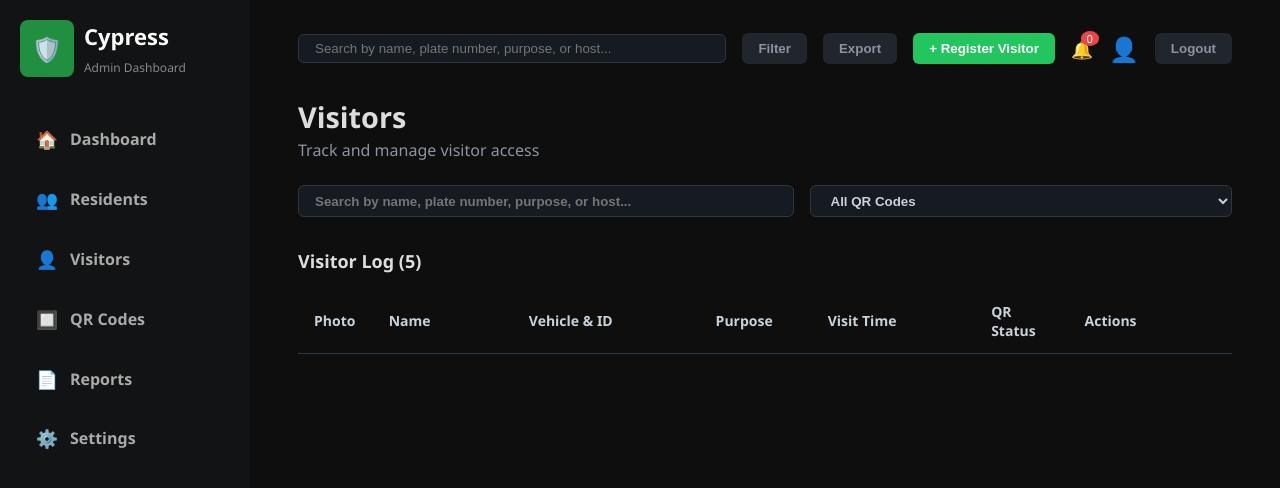
Repository: camuramon/my-project
Page: templates/admin/visitors.html
These files come from the project's save history. The page is drawn as it stood at one moment and after the next save; the edit follows.
The browser window is 1280 px wide. The pictures show the whole page.
The template is drawn by Flask 3. The application's start-up code is not run. Other server files are loaded and not shown. The template is opened directly, without the code that normally fills it, so the values that code supplies are empty.

Above is the page before, as saved 2025-09-19 02:13:08.

### templates/admin/visitors.html
<!DOCTYPE html>
<html lang="en">
<head>
    <meta charset="UTF-8" />
    <meta name="viewport" content="width=device-width, initial-scale=1" />
    <title>Cypress Admin Dashboard - Visitors</title>
    <!-- Connect visitor.css -->
<link rel="stylesheet" href="{{ url_for('static', filename='css/admin.css') }}">
<link rel="stylesheet" href="{{ url_for('static', filename='css/visitor.css') }}">
</head>
<body>
     <div class="container">
    <aside class="sidebar">
    <div class="logo">
        <div class="icon">🛡️</div>
        <div class="title">
            <h2>Cypress</h2>
            <span>Admin Dashboard</span>
        </div>
    </div>
    <nav>
        <ul class="sidebar-menu">
            <li class="{% if request.path == url_for('admin_dashboard') %}active{% endif %}">
                <a href="{{ url_for('admin_dashboard') }}"><span class="icon">🏠</span> Dashboard</a>
            </li>
            <li class="{% if request.path == url_for('admin_residents') %}active{% endif %}">
                <a href="{{ url_for('admin_residents') }}"><span class="icon">👥</span> Residents</a>
            </li>
            <li class="{% if request.path == url_for('admin_visitors') %}active{% endif %}">
                <a href="{{ url_for('admin_visitors') }}"><span class="icon">👤</span> Visitors</a>
            </li>
          <li class="{% if request.path == url_for('admin_qr') %}active{% endif %}">
  <a href="{{ url_for('admin_qr') }}"><span class="icon">🔲</span> QR Codes</a>
</li>

            <li class="{% if request.path == url_for('admin_reports') %}active{% endif %}">
                <a href="{{ url_for('admin_reports') }}"><span class="icon">📄</span> Reports</a>
            </li>
            <li class="{% if request.path == url_for('admin_settings') %}active{% endif %}">
                <a href="{{ url_for('admin_settings') }}"><span class="icon">⚙️</span> Settings</a>
            </li>
        </ul>
    </nav>
</aside>


    <main class="main-content">
        <header class="topbar">
          <input type="search" placeholder="Search by name, plate number, purpose, or host..." />
            <div class="topbar-actions">
                <button class="btn filter">Filter</button>
                <button class="btn export">Export</button>
                <button class="btn register-visitor">+ Register Visitor</button>
                <div class="notification">
                    <span class="icon">🔔</span>
                    <span class="badge">0</span>
                </div>
                <div class="profile-icon">👤</div>
                <button id="logout-button" class="btn btn-gray text-white font-semibold py-2 px-4 rounded-full">
                Logout
            </button>
            </div>
        </header>

<script>
       document.getElementById('logout-button').addEventListener('click', function() {
    window.location.href = "/logout";   // ✅ tatawag sa Flask logout route
});
</script>
        <section class="page-info">
            <h2>Visitors</h2>
            <p>Track and manage visitor access</p>

            <div class="search-filter">
                <input type="search" placeholder="Search by name, plate number, purpose, or host..." />
                <select>
                    <option>All QR Codes</option>
                </select>
            </div>

            <div class="visitor-log">
                <h3>Visitor Log (5)</h3>
                  <div id="recent-visitors"></div>
                <table>
                    <thead>
    <tr>

        <th>Photo</th>
        <th>Name</th>
        <th>Vehicle &amp; ID</th>
        <th>Purpose</th>
        <th>Visit Time</th>
        <th>QR Status</th>
        <th>Actions</th>
    </tr>
</thead>
<tbody>
    {% for visitor in visitors %}
    <tr>

        <td>
            <img src="{{ visitor.photo if visitor.photo else url_for('static', filename='image/default-visitor.png') }}"
                 alt="Visitor Photo"
                 style="width:50px; height:50px; border-radius:50%; object-fit:cover;">
        </td>
        <td><strong>{{ visitor.fullName }}</strong></td>
        <td>
            <strong>{{ visitor.vehicleType }} - {{ visitor.plateNumber }}</strong><br>
            {{ visitor.idType }}: {{ visitor.idNumber }}
        </td>
        <td>{{ visitor.host if visitor.host else "N/A" }}</td>
        <td><span class="clock-icon">⏲️</span> In:<br><strong>{{ visitor.visitTime }}</strong></td>
        <td>
            <span class="status {{ 'active-visit' if visitor.status == 'Active' else 'expired-visit' }}">
                {{ visitor.status }}
            </span>
        </td>
        <td>
            <span class="qr-status {{ 'valid' if visitor.qrCode else 'invalid' }}">
                {{ 'Valid' if visitor.qrCode else 'Invalid' }}
            </span>
        </td>
        <td class="actions">
            <span class="icon">👁️</span>
            <span class="icon">✏️</span>
            <span class="icon">🗑️</span>
        </td>
    </tr>
    {% endfor %}
</tbody>

                </table>
            </div>
        </section>
    </main>
<script src="{{ url_for('static', filename='js/visitors.js') }}"></script>

</body>
</html>

### static/css/admin.css
/* ===========================
   GENERAL RESET & BASE STYLES
=========================== */


* {
    box-sizing: border-box;
    margin: 0;
    padding: 0;
}

body {
    font-family: 'Segoe UI', Tahoma, Geneva, Verdana, sans-serif;
    background-color: #0e0e0f;
    color: #ddd;
    display: flex;
    min-height: 100vh;
}
html, body {
    height: 100%;
    width: 100%;
    margin: 0;
    padding: 0;
    overflow-x: hidden;
}

.container {
    display: flex;
    width: 100%;
    height: 100vh;
}


/* ===========================
   SIDEBAR
=========================== */
.sidebar {
    width: 250px;
    height: 100vh;
    background-color: #121314;
    padding: 20px;
    flex-shrink: 0;
}


.logo {
    display: flex;
    align-items: center;
    margin-bottom: 40px;
}

.logo .icon {
    background-color: #208f3f;
    padding: 12px;
    border-radius: 8px;
    font-size: 24px;
    color: white;
    margin-right: 10px;
}

.logo .title h2 {
    font-weight: 700;
    color: white;
    margin-bottom: 4px;
}

.logo .title span {
    font-size: 12px;
    color: #888;
}

.sidebar-menu {
    list-style: none;
    padding: 0;
}

.sidebar-menu li {
    margin: 15px 0;
}

.sidebar-menu li a {
    text-decoration: none;
    color: #bbb;
    font-weight: 600;
    display: flex;
    align-items: center;
    gap: 10px;
    font-size: 16px;
}

.sidebar-menu li a i {
    font-size: 18px;
}

.sidebar-menu li a {
    text-decoration: none;
    color: #bbb;
    font-weight: 600;
    display: flex;
    align-items: center;
    gap: 10px;
    font-size: 16px;
    padding: 10px 15px;
    border-radius: 8px;
    transition: background-color 0.3s ease, color 0.3s ease;
}

.sidebar-menu li.active a {
    background-color: #2a2a2e; /* darker bg for active item */
    color: white;
}

.sidebar-menu li.active a .icon {
    color: white;
}

.sidebar-menu li a:hover {
    background-color: #1d1d1f;
    color: white;
}


/* ===========================
   MAIN CONTENT
=========================== */
.main-content {
    flex-grow: 1;
    overflow-y: auto;
    padding: 25px;
    background-color: #0e0e0f;
}
/* ===========================
   HEADER / TOP BAR
=========================== */
.top-bar, .header {
    display: flex;
    justify-content: space-between;
    align-items: center;
    margin-bottom: 20px;
}

.search-bar input[type="search"] {
    width: 350px;
    padding: 10px 15px;
    border: none;
    border-radius: 10px;
    background-color: #232324;
    color: #ccc;
    font-size: 16px;
}

.top-icons, .header-icons {
    display: flex;
    gap: 15px;
}

.icon-btn, .notification-btn, .user-btn {
    background: none;
    border: none;
    color: #ccc;
    font-size: 20px;
    position: relative;
    cursor: pointer;
}

.notification-count {
    position: absolute;
    top: -8px;
    right: -8px;
    background-color: #e02e41;
    font-size: 10px;
    padding: 2px 6px;
    border-radius: 50%;
    color: white;
}

/* ===========================
   DASHBOARD HEADER & ACTIONS
=========================== */
.dashboard-header, .resident-section .sub-header {
    display: flex;
    justify-content: space-between;
    align-items: center;
    margin: 20px 0;
    flex-wrap: wrap;
}

.dashboard-header h1, .resident-section h2 {
    color: white;
}

.dashboard-header p, .resident-section .subtitle {
    color: #999;
    margin-left: 10px;
}

.actions, .buttons {
    display: flex;
    gap: 10px;
}

.filter-btn,
.export-btn,
.add-resident-btn {
    background-color: #222;
    border: none;
    color: white;
    padding: 10px 20px;
    border-radius: 8px;
    cursor: pointer;
    font-weight: 600;
}

.add-resident-btn {
    background-color: #208f3f;
}

.filter-btn:hover,
.export-btn:hover,
.add-resident-btn:hover {
    background-color: #333;
}

/* ===========================
   DASHBOARD CARDS
=========================== */
.stats-cards {
    display: flex;
    gap: 20px;
    flex-wrap: wrap;
    margin-bottom: 40px;
}

.card {
    background-color: #151517;
    border-radius: 12px;
    flex: 1 1 300px;
    padding: 20px;
    position: relative;
    color: #999;
}

.card p { margin-bottom: 8px; }

.card h2 { color: white; font-weight: 800; font-size: 28px; }

.card-icon {
    position: absolute;
    top: 20px;
    right: 20px;
    font-size: 24px;
    padding: 8px;
    border-radius: 100%;
    background-color: #333;
    color: white;
}

.card-icon.green { background-color: #208f3f; }
.card-icon.blue { background-color: #26418f; }
.card-icon.yellow { background-color: #a58f20; }
.card-icon.green-dark { background-color: #14502d; }
.card-icon.gray { background-color: #474751; }

.percentage {
    position: absolute;
    bottom: 20px;
    right: 20px;
    font-weight: 600;
    font-size: 14px;
}

.percentage.positive { color: #26ca4a; }
.percentage.neutral { color: #999; }

/* ===========================
   TABLES
=========================== */
.tables-section, .resident-directory {
    display: flex;
    gap: 20px;
    flex-wrap: wrap;
}

.table-container {
    background-color: #151517;
    padding: 20px;
    border-radius: 12px;
    flex: 1 1 500px;
    color: #bbb;
}

.table-container h3 {
    display: flex;
    justify-content: space-between;
    margin-bottom: 15px;
    color: white;
}

.view-all {
    color: #6668f8;
    font-weight: 600;
    text-decoration: none;
    font-size: 14px;
}

.view-all:hover { text-decoration: underline; }

table {
    width: 100%;
    border-collapse: collapse;
}

th, td {
    padding: 12px 10px;
    text-align: left;
    font-size: 14px;
}

thead tr { border-bottom: 1px solid #333; }
tbody tr:not(:last-child) { border-bottom: 1px solid #333; }
tbody tr:hover { background-color: #252527; }

/* ===========================
   STATUS BADGES
=========================== */
.status {
    padding: 5px 10px;
    border-radius: 20px;
    font-size: 12px;
    font-weight: 700;
    display: inline-block;
}

.status.active { background-color: #208f3f; color: white; }
.status.expired { background-color: #a5891e; color: white; }
.status.suspended { background-color: #7e1e1e; color: white; }
.status.inactive { background-color: #ff4d4f; color: white; }

.qr-status.valid { background-color: #208f3f; color: white; }
.qr-status.expired { background-color: #a5891e; color: white; }

/* ===========================
   BUTTONS, INPUTS, SELECT
=========================== */
button { cursor: pointer; border: none; border-radius: 6px; font-weight: 600; }

select, input[type="search"] {
    background-color: #232324;
    color: #ccc;
    border: 1px solid #333;
    padding: 8px 10px;
    border-radius: 6px;
}

/* ===========================
   HEADINGS & TEXT
=========================== */
h2 { font-size: 22px; margin-bottom: 5px; }
h3 { font-size: 18px; margin-bottom: 10px; }
.subtitle { color: #aaa; margin-bottom: 15px; }

strong { font-weight: 700; }
.charts {
  display: flex;
  justify-content: space-between; /* hati sila kaliwa-kanan */
  margin: 20px 0;
  gap: 20px;
}

/* Common Style for Charts */
.chart-container {
  flex: 1;                  /* pantay hati space */
  max-width: 48%;           /* para may konting space sa pagitan */
  background: #1e1e2f;
  padding: 20px;
  border-radius: 12px;
  box-shadow: 0 4px 8px rgba(0,0,0,0.25);
}

.chart-container h3 {
  margin-bottom: 15px;
  font-size: 16px;
  font-weight: 600;
  color: #fff;
}

/* Responsive canvas – hindi pilit */
.chart-container canvas {
  width: 100% !important;
  height: auto !important;   /* 🔑 auto height, hindi stretched */
  max-height: 300px;         /* 🔧 pwede mong baguhin para sa taas ng chart */
}
.status {
  padding: 4px 8px;
  border-radius: 6px;
  font-weight: 500;
  color: #fff;
}

.status.active {
  background-color: #16a34a; /* green */
}

.status.suspended {
  background-color: #ca8a04; /* yellow */
}

.status.expired {
  background-color: #7e4040; /* gray */
}

.status.blacklisted {
  background-color: #dc2626; /* red */
}

### static/css/visitor.css
/* Reset and base styles */
* {
    box-sizing: border-box;
    margin: 0;
    padding: 0;
}

body {
    font-family: 'Segoe UI', Tahoma, Geneva, Verdana, sans-serif;
    background-color: #0e0e0f;
    color: #ddd;
    display: flex;
    min-height: 100vh;
}

html, body {
    height: 100%;
    width: 100%;
    margin: 0;
    padding: 0;
    overflow-x: hidden;
}

.container {
    display: flex;
    width: 100%;
    height: 100vh;
}

/* Sidebar */
.sidebar-menu {
    list-style: none;
    padding: 0;
    margin: 0;
}

.sidebar-menu li {
    margin-bottom: 0.5rem;
}

.sidebar-menu li a {
    display: flex;
    align-items: center;
    gap: 0.75rem;
    text-decoration: none;
    padding: 0.65rem 1rem;
    border-radius: 8px;
    color: #aaa;
    font-weight: 600;
    transition: background 0.3s, color 0.3s;
}

.sidebar-menu li a i {
    font-size: 1.2rem;
}

.sidebar-menu li.active a,
.sidebar-menu li a:hover {
    background-color: #292929;
    color: white;
}


.logo h1 {
    color: #48bb78; /* Green */
    margin-bottom: 0.2rem;
}

.logo p {
    color: #8b949e;
    font-size: 0.8rem;
    margin-bottom: 2rem;
}

.navigation ul {
    list-style: none;
}

.navigation li {
    margin-bottom: 1.5rem;
}

.navigation a {
    color: #8b949e;
    text-decoration: none;
    font-weight: 600;
    font-size: 0.9rem;
    display: flex;
    align-items: center;
    gap: 8px;
}

.navigation li.active a,
.navigation a:hover {
    color: #48bb78;
}

.icon {
    font-size: 1.1rem;
}

/* Main content */
.main-content {
    flex-grow: 1;
    padding: 2rem 3rem;
    overflow-y: auto;
}

.topbar {
    display: flex;
    gap: 1rem;
    align-items: center;
    margin-bottom: 2rem;
}

.topbar input[type="search"] {
    flex-grow: 1;
    background: #161b22;
    border: 1px solid #30363d;
    border-radius: 6px;
    padding: 0.4rem 1rem;
    color: #c9d1d9;
}

.topbar-actions {
    display: flex;
    gap: 1rem;
    align-items: center;
}

.btn {
    background-color: #21262d;
    border: none;
    padding: 0.5rem 1rem;
    border-radius: 6px;
    color: #8b949e;
    cursor: pointer;
    font-weight: 600;
    transition: background-color 0.3s;
}

.btn:hover {
    background-color: #30363d;
}

.btn.register-visitor {
    background-color: #22c55e; /* Green */
    color: white;
}

.btn.register-visitor:hover {
    background-color: #16a34a;
}

.notification {
    position: relative;
    color: #8b949e;
    cursor: pointer;
}

.notification .badge {
    position: absolute;
    top: -6px;
    right: -6px;
    background-color: #ef4444;
    color: white;
    font-size: 0.7rem;
    border-radius: 50%;
    padding: 0 6px;
}

.profile-icon {
    font-size: 1.5rem;
    cursor: pointer;
}

/* Page info */
.page-info h2 {
    font-size: 1.8rem;
    font-weight: 700;
    margin-bottom: 0.2rem;
}

.page-info p {
    color: #8b949e;
    margin-bottom: 1.5rem;
}

/* Search filter */
.search-filter {
    display: flex;
    gap: 1rem;
    margin-bottom: 2rem;
}

.search-filter input,
.search-filter select {
    flex-grow: 1;
    background: #161b22;
    border: 1px solid #30363d;
    border-radius: 6px;
    padding: 0.4rem 1rem;
    color: #c9d1d9;
    font-weight: 600;
    cursor: pointer;
}

/* Visitor Log */
.visitor-log h3 {
    margin-bottom: 1rem;
}

table {
    width: 100%;
    border-collapse: collapse;
    color: #c9d1d9;
}

thead th {
    text-align: left;
    padding: 0.8rem 1rem;
    font-weight: 700;
    border-bottom: 1px solid #30363d;
}

tbody td {
    padding: 1rem;
    border-bottom: 1px solid #21262d;
    vertical-align: top;
}

tbody td strong {
    color: white;
    display: block;
    margin-bottom: 0.3rem;
}

/* Status badges */
.status {
    display: inline-block;
    padding: 0.3rem 0.8rem;
    border-radius: 9999px;
    color: white;
    font-size: 0.75rem;
    font-weight: 600;
    text-align: center;
    white-space: nowrap;
}

.active-visit {
    background-color: #2c5282; /* blue */
}

.checked-out {
    background-color: #4a5568; /* gray */
}

.qr-status {
    display: inline-block;
    padding: 0.3rem 0.8rem;
    border-radius: 9999px;
    font-size: 0.75rem;
    font-weight: 600;
    color: white;
    text-align: center;
    white-space: nowrap;
}

.valid {
    background-color: #238636; /* green */
}

.expired {
    background-color: #b45309; /* yellow/orange */
}

/* Actions icons */
.actions .icon {
    cursor: pointer;
    margin-right: 10px;
    font-size: 1.1rem;
    color: #8b949e;
}

.actions .icon:hover {
    color: #48bb78;
}

/* Smaller icons used inside the table */
.clock-icon {
    font-size: 1rem;
    padding-right: 5px;
}
.status.active-visit {
  color: green;
  font-weight: bold;
}

.status.expired {
  color: orange;
  font-weight: bold;
}
/* Fix table layout */
table {
  width: 100%;
  border-collapse: collapse;
  table-layout: fixed; /* para uniform columns */
}

/* Common style */
th, td {
  padding: 12px 10px;
  border-bottom: 1px solid rgba(255,255,255,0.1);
  vertical-align: middle;
  text-align: center;
}

/* Column-specific widths */
th:nth-child(1), td:nth-child(1) { width: 8%; }  /* Photo */
th:nth-child(2), td:nth-child(2) { width: 15%; text-align: left; } /* Name */
th:nth-child(3), td:nth-child(3) { width: 20%; text-align: left; } /* Vehicle & ID */
th:nth-child(4), td:nth-child(4) { width: 12%; text-align: left; } /* Purpose */
th:nth-child(6), td:nth-child(6) { width: 10%; text-align: left;} /* Visit Time */
th:nth-child(8), td:nth-child(8) { width: 15%; text-align: left; } /* QR Status */
th:nth-child(9), td:nth-child(9) { width: 10%; text-align: left;} /* Actions */

/* Photo fix */
td img {
  display: block;
  margin: 0 auto;
  width: 50px;
  height: 50px;
  border-radius: 50%;
  object-fit: cover;
}

### static/js/visitors.js
document.addEventListener('DOMContentLoaded', () => {
  const searchInput = document.querySelector('.page-info .search-filter input[type="search"]');
  const visitorTableBody = document.querySelector('.visitor-log tbody');
  const filterSelect = document.querySelector('.page-info .search-filter select');

  // 🔍 Filter visitor rows based on search and dropdown
  function filterVisitorLog() {
    const searchTerm = searchInput.value.toLowerCase();
    const filterValue = filterSelect.value.toLowerCase();
    const rows = visitorTableBody.querySelectorAll('tr');

    rows.forEach(row => {
      const visitorId = row.cells[0]?.textContent.toLowerCase() || '';
      const name = row.cells[1]?.textContent.toLowerCase() || '';
      const vehicleId = row.cells[2]?.textContent.toLowerCase() || '';
      const purpose = row.cells[3]?.textContent.toLowerCase() || '';
      const host = row.cells[4]?.textContent.toLowerCase() || '';
      const qrStatus = row.cells[7]?.textContent.toLowerCase() || '';

      const combinedText = `${visitorId} ${name} ${vehicleId} ${purpose} ${host} ${qrStatus}`;

      const matchesSearch = combinedText.includes(searchTerm);
      const matchesFilter = (filterValue === 'all qr codes' || qrStatus === filterValue);

      if (matchesSearch && matchesFilter) {
        row.style.display = '';
      } else {
        row.style.display = 'none';
      }
    });
  }

  // 🔁 Event listeners
  if (searchInput) {
    searchInput.addEventListener('input', filterVisitorLog);
  }

  if (filterSelect) {
    filterSelect.addEventListener('change', filterVisitorLog);
  }

  // 🧭 Event delegation for icon actions
  if (visitorTableBody) {
    visitorTableBody.addEventListener('click', (e) => {
      if (e.target.classList.contains('icon')) {
        const icon = e.target.textContent;
        const row = e.target.closest('tr');
        const visitorName = row.cells[1]?.textContent.trim();

        switch (icon) {
          case '👁️':
            alert(`View details for: ${visitorName}`);
            break;
          case '✏️':
            alert(`Edit info for: ${visitorName}`);
            break;
          case '🗑️':
            if (confirm(`Are you sure you want to delete ${visitorName}?`)) {
              row.remove();
            }
            break;
        }
      }
    });
  }

  // ✅ Initial filter on page load (optional)
  filterVisitorLog();
});

After the next save:
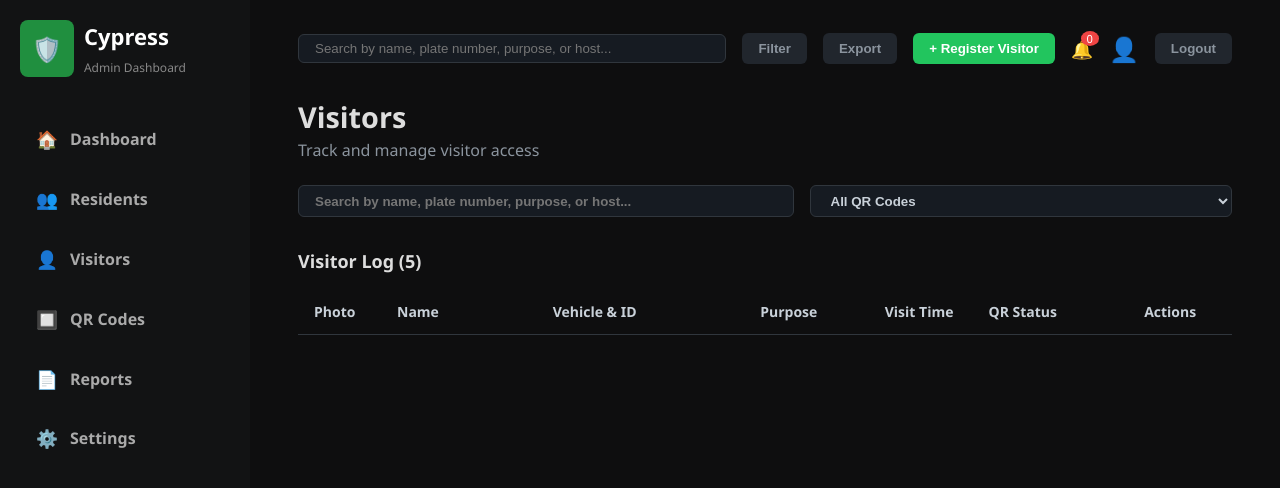
Saved 40 s later.
--- a/static/css/visitor.css
+++ b/static/css/visitor.css
@@ -320,9 +320,9 @@ th:nth-child(1), td:nth-child(1) { width: 8%; }  /* Photo */
 th:nth-child(2), td:nth-child(2) { width: 15%; text-align: left; } /* Name */
 th:nth-child(3), td:nth-child(3) { width: 20%; text-align: left; } /* Vehicle & ID */
 th:nth-child(4), td:nth-child(4) { width: 12%; text-align: left; } /* Purpose */
-th:nth-child(6), td:nth-child(6) { width: 10%; text-align: left;} /* Visit Time */
-th:nth-child(8), td:nth-child(8) { width: 15%; text-align: left; } /* QR Status */
-th:nth-child(9), td:nth-child(9) { width: 10%; text-align: left;} /* Actions */
+th:nth-child(5), td:nth-child(5) { width: 10%; text-align: left;} /* Visit Time */
+th:nth-child(6), td:nth-child(6) { width: 15%; text-align: left; } /* QR Status */
+th:nth-child(7), td:nth-child(7) { width: 10%; text-align: left;} /* Actions */
 
 /* Photo fix */
 td img {
